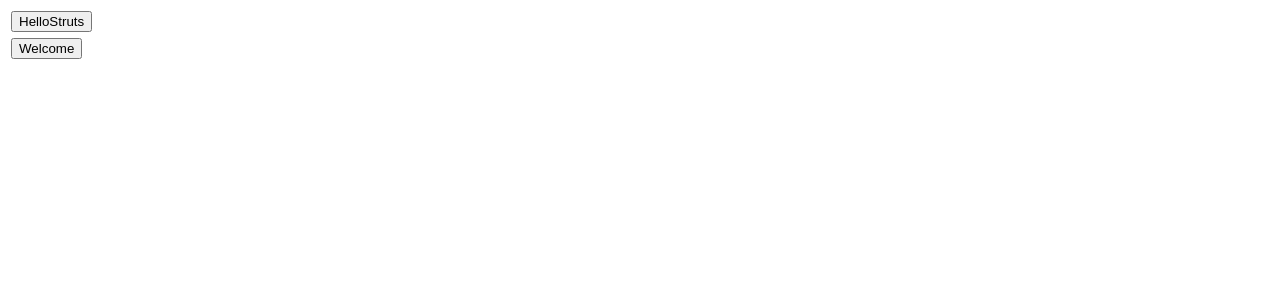
Repository: 3103senoomizho/test
Page: http://localhost/WebProj3/
These files come from the project's save history. The page is drawn as it stood at one moment and after the next save; the edit follows.
The browser window is 1280 px wide. The pictures show the whole page.
The page is served by Tomcat 9.

Above is the page before, as saved 2018-03-09 01:17:01.

After the next save:
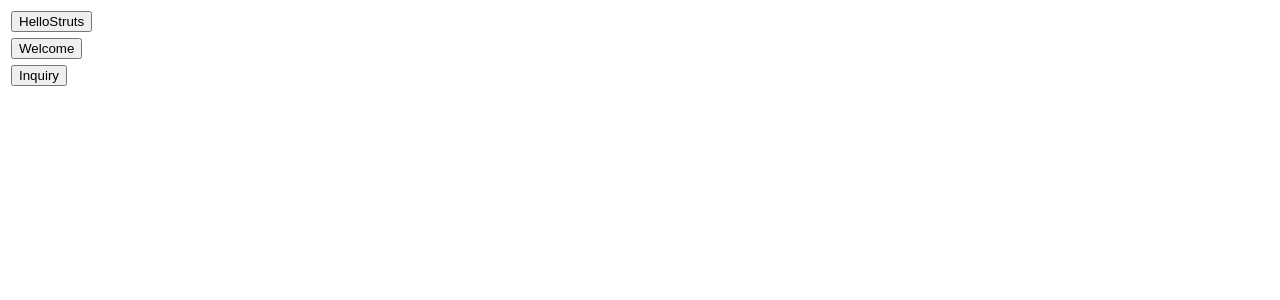
Saved 16 s later.
--- a/WebProj3/WebContent/index.jsp
+++ b/WebProj3/WebContent/index.jsp
@@ -17,6 +17,10 @@
   <s:submit value="Welcome"/>
 </s:form>
 
+<s:form action="InquiryAction">
+ <s:submit value="Inquiry"/>
+</s:form>
+
 
 </body>
 </html>
